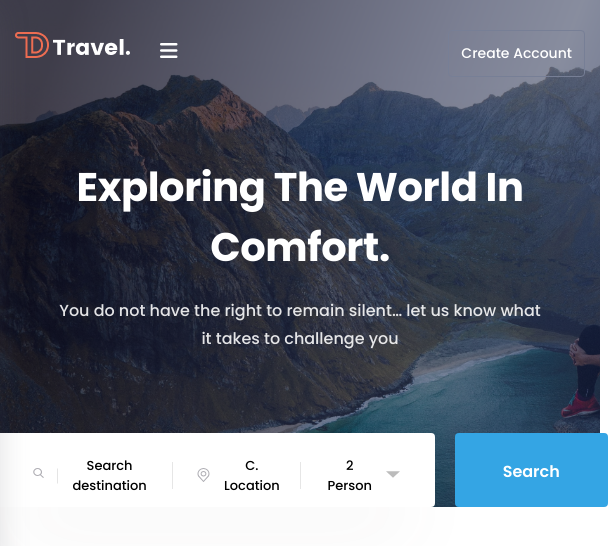
Repository: hoang0508/LandingPage-CodeTravel2
Page: index.html
An editor plug-in stored every save of this project. The page is shown before and after the next save, followed by the edit.
The browser window is 600 px wide. The page is 608 px wide, so the pictures cover 608 px, including what lies to the right of the window. The pictures show the whole page.
Some web libraries are served in a nearby version. The style sheet was rebuilt from its Sass, Less or Tailwind sources for each picture, by a compiler version that may differ from the author's.

Above is the page before, as saved 2022-09-16 14:52:23.

After the next save:
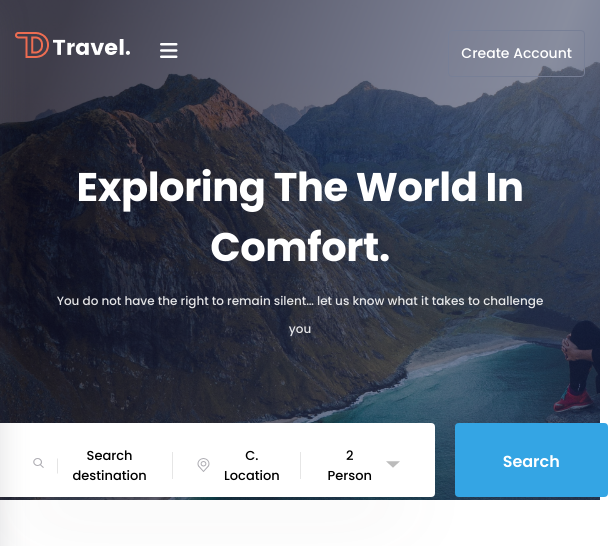
Saved 6 min 21 s later.
--- a/sass/_header.scss
+++ b/sass/_header.scss
@@ -190,7 +190,11 @@
       &--title {
         font-size: 40px;
         line-height: 60px;
+        margin-bottom: 10px;
       }
+      &--desc {
+        font-size: 12px;
+      }
     }
   }
 }
